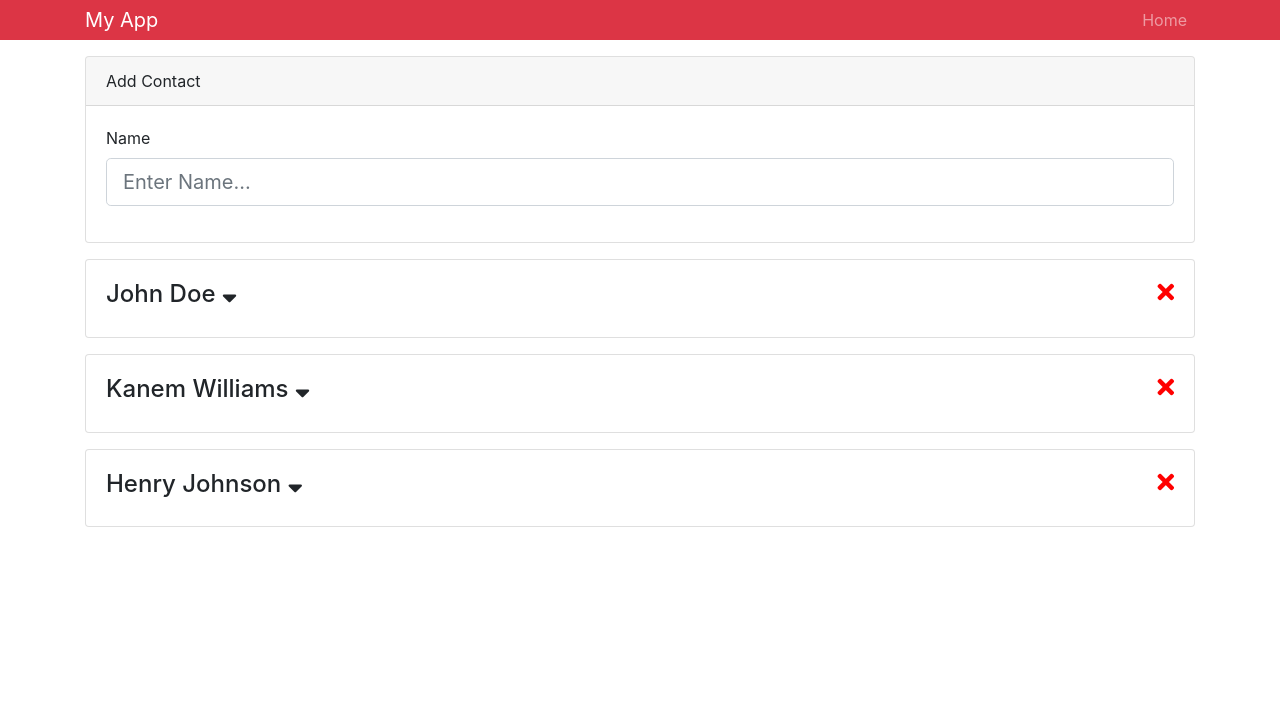
Repository: Mtbwka/contactmanager
Page: /
The author's editor kept a copy of each file at every save. The page is drawn from the files as they stood at one save, then again after the next save.
The browser window is 1280 px wide. The pictures show the whole page.
Some web libraries are served in a nearby version. The project was rebuilt for these pictures with package versions that can differ from the ones it lists, and the page was loaded fresh each time.

Above is the page before, as saved 2019-05-08 17:55:50.

### public/index.html
<!DOCTYPE html>
<html lang="en">
  <head>
    <meta charset="utf-8" />
    <link rel="shortcut icon" href="%PUBLIC_URL%/favicon.ico" />
    <meta
      name="viewport"
      content="width=device-width, initial-scale=1, shrink-to-fit=no"
    />
    <meta name="theme-color" content="#000000" />
    <link rel="stylesheet" href="https://use.fontawesome.com/releases/v5.1.1/css/all.css" integrity="sha384-O8whS3fhG2OnA5Kas0Y9l3cfpmYjapjI0E4theH4iuMD+pLhbf6JI0jIMfYcK3yZ" crossorigin="anonymous">
    <!--
      manifest.json provides metadata used when your web app is installed on a
      user's mobile device or desktop. See https://developers.google.com/web/fundamentals/web-app-manifest/
    -->
    <link rel="manifest" href="%PUBLIC_URL%/manifest.json" />
    <!--
      Notice the use of %PUBLIC_URL% in the tags above.
      It will be replaced with the URL of the `public` folder during the build.
      Only files inside the `public` folder can be referenced from the HTML.

      Unlike "/favicon.ico" or "favicon.ico", "%PUBLIC_URL%/favicon.ico" will
      work correctly both with client-side routing and a non-root public URL.
      Learn how to configure a non-root public URL by running `npm run build`.
    -->
    <title>React App</title>
  </head>
  <body>
    <noscript>You need to enable JavaScript to run this app.</noscript>
    <div id="root"></div>
    <!--
      This HTML file is a template.
      If you open it directly in the browser, you will see an empty page.

      You can add webfonts, meta tags, or analytics to this file.
      The build step will place the bundled scripts into the <body> tag.

      To begin the development, run `npm start` or `yarn start`.
      To create a production bundle, use `npm run build` or `yarn build`.
    -->
  </body>
</html>

### src/App.js
import React, { Component } from 'react';
import Contacts from './components/contacts/Contacts';
import Header from './components/layout/Header';
import AddContact from './components/contacts/AddContact';
import { Provider } from './context';

import 'bootstrap/dist/css/bootstrap.min.css';

class App extends Component {
  render() {
    return (
      <Provider>
        <div className='App'>
          <Header />
          <div className='container'>
            <AddContact />
            <Contacts />
          </div>
        </div>
      </Provider>
    );
  }
}

export default App;

### src/components/contacts/Contacts.js
import React, { Component } from 'react';
import Contact from './Contact.js';
import { Consumer } from '../../context';

class Contacts extends Component {
  render() {
    return (
      <Consumer>
        {value => {
          return (
            <React.Fragment>
              {value.contacts.map(contact => (
                <Contact key={contact.id} contact={contact} />
              ))}
            </React.Fragment>
          );
        }}
      </Consumer>
    );
  }
}

export default Contacts;

### src/components/layout/Header.js
import React from 'react';
import PropTypes from 'prop-types';

// export default function Header() {
//   return <div />;
// }

const Header = props => {
  const { branding } = props;
  return (
    <nav className="navbar navbar-expand-sm navbar-dark bg-danger mb-3 py-0">
      <div className="container">
        <a href="/" className="navbar-brand">{branding}</a>
        <div>
          <ul className="navbar-nav mr-auto">
            <li className="nav-item">
              <a href="/" className="nav-link">Home</a>
            </li>
          </ul>
        </div>
      </div>
    </nav>
  );
};

Header.defaultProps = {
  branding: 'My App'
};

Header.propTypes = {
  branding: PropTypes.string.isRequired
};

export default Header;

### src/components/contacts/AddContact.js
import React, { Component } from 'react';

class AddContact extends Component {
  state = {
    name: '',
    email: '',
    phone: ''
  };

  render() {
    return (
      <div className='card mb-3'>
        <div className='card-header'>Add Contact</div>
        <div className='card-body'>
          <form>
            <div className='form-group'>
              <label htmlFor='name'>Name</label>
              <input
                type='text'
                className='form-control form-control-lg'
                name='name'
                placeholder='Enter Name...'
              />
            </div>
          </form>
        </div>
      </div>
    );
  }
}

export default AddContact;

### src/context.js
import React, { Component } from 'react';

const Context = React.createContext();

const reducer = (state, action) => {
  switch (action.type) {
    case 'DELETE_CONTACT':
      return {
        ...state,
        contacts: state.contacts.filter(
          contact => contact.id !== action.payload
        )
      };
    default:
      return state;
  }
};

export class Provider extends Component {
  state = {
    contacts: [
      {
        id: 1,
        name: 'John Doe',
        email: 'jdoe@gmail.com',
        phone: '555-555-5555'
      },
      {
        id: 2,
        name: 'Kanem Williams',
        email: 'karen@gmail.com',
        phone: '222-222-2222'
      },
      {
        id: 3,
        name: 'Henry Johnson',
        email: 'henry@gmail.com',
        phone: '111-111-1111'
      }
    ],
    dispatch: action => this.setState(state => reducer(state, action))
  };

  render() {
    return (
      <Context.Provider value={this.state}>
        {this.props.children}
      </Context.Provider>
    );
  }
}

export const Consumer = Context.Consumer;

### src/components/contacts/Contact.js
import React, { Component } from 'react';
import PropTypes from 'prop-types';
import { Consumer } from '../../context';

class Contact extends Component {
  state = {
    showContactInfo: false
  };

  onDeleteClick = (id, dispatch) => {
    dispatch({ type: 'DELETE_CONTACT', payload: id });
  };

  render() {
    const { id, name, email, phone } = this.props.contact;
    const { showContactInfo } = this.state;

    return (
      <Consumer>
        {value => {
          const { dispatch } = value;
          return (
            <div className='card card-body mb-3'>
              <h4>
                {name}{' '}
                <i
                  onClick={() =>
                    this.setState({
                      showContactInfo: !this.state.showContactInfo
                    })
                  }
                  className='fas fa-sort-down'
                  style={{ cursor: 'pointer' }}
                />
                <i
                  className='fas fa-times'
                  style={{ float: 'right', cursor: 'pointer', color: 'red' }}
                  onClick={this.onDeleteClick.bind(this, id, dispatch)}
                />
              </h4>
              {showContactInfo ? (
                <ul className='list-group'>
                  <li className='list-group-item'>Email:{email}</li>
                  <li className='list-group-item'>Phone:{phone}</li>
                </ul>
              ) : null}
            </div>
          );
        }}
      </Consumer>
    );
  }
}

Contact.propTypes = {
  contact: PropTypes.object.isRequired
};
export default Contact;

Loaded but not shown: src/index.js (common file); src/serviceWorker.js (common file)

After the next save:
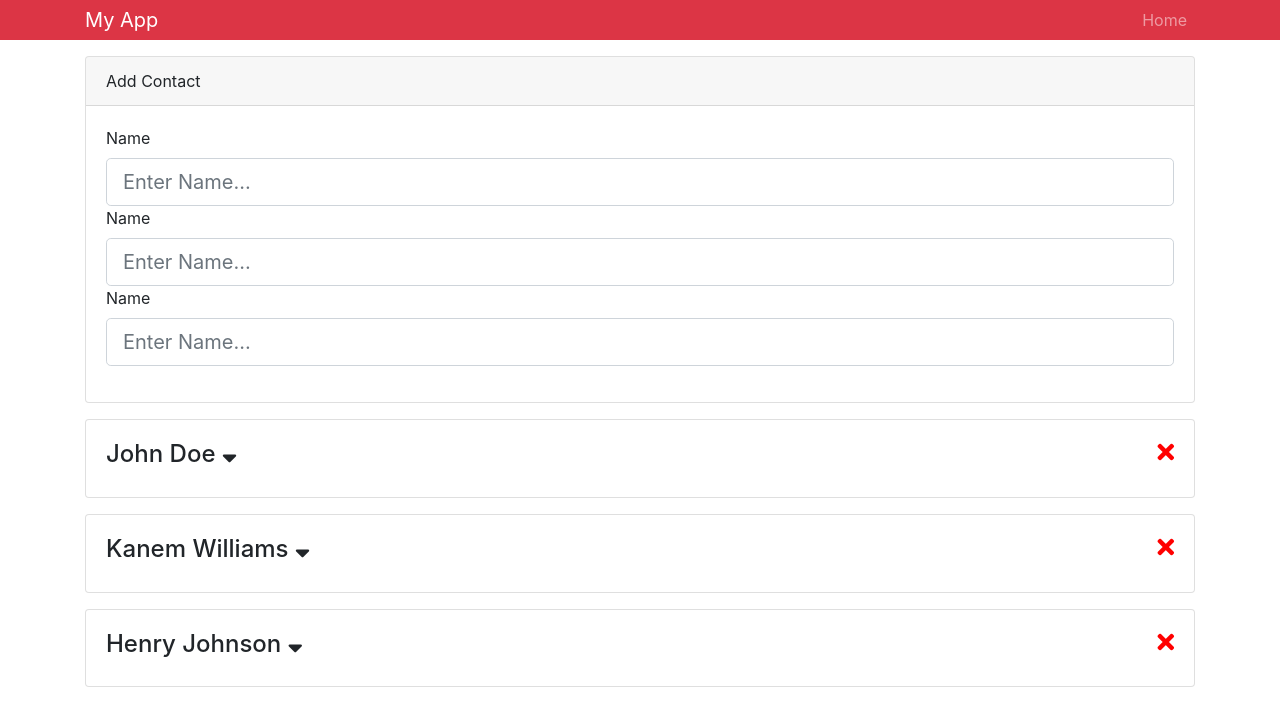
Saved 11 s later.
--- a/src/components/contacts/AddContact.js
+++ b/src/components/contacts/AddContact.js
@@ -21,6 +21,20 @@ class AddContact extends Component {
                 name='name'
                 placeholder='Enter Name...'
               />
+              <label htmlFor='name'>Name</label>
+              <input
+                type='text'
+                className='form-control form-control-lg'
+                name='name'
+                placeholder='Enter Name...'
+              />
+              <label htmlFor='name'>Name</label>
+              <input
+                type='text'
+                className='form-control form-control-lg'
+                name='name'
+                placeholder='Enter Name...'
+              />
             </div>
           </form>
         </div>
